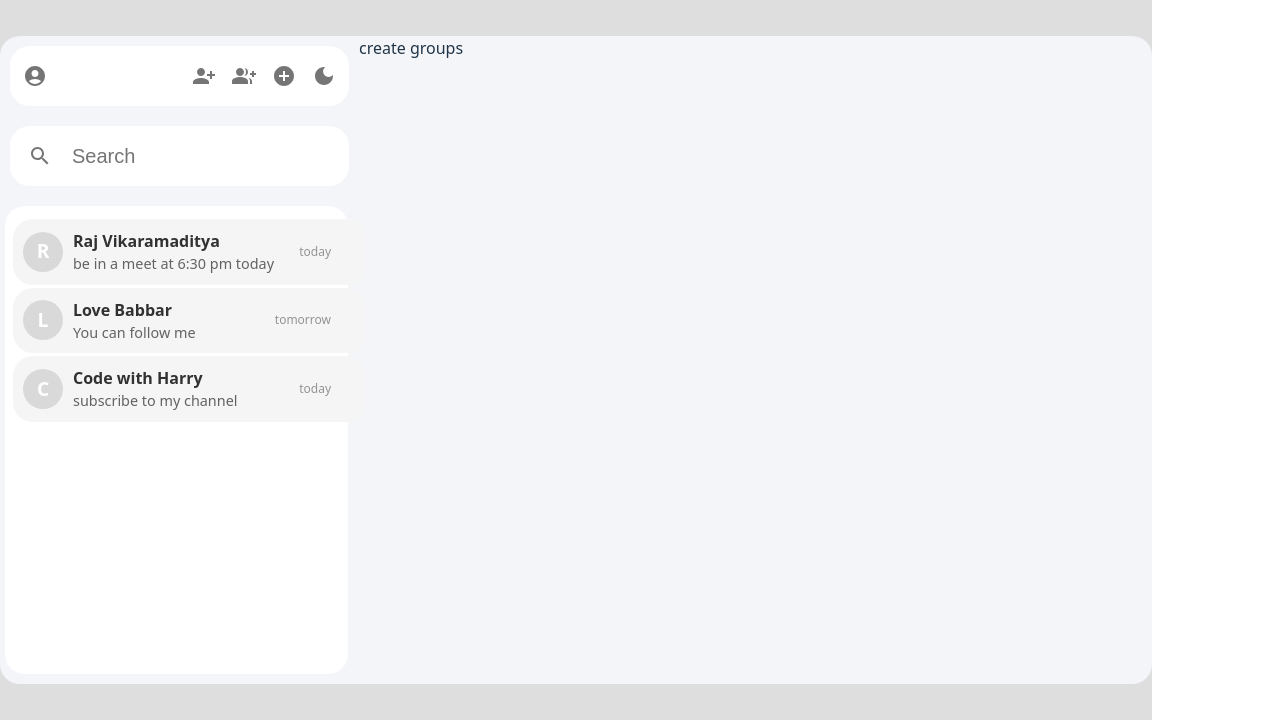
Repository: rahul-chakradhari/chat_app
Page: /
An editor plug-in stored every save of this project. The page is shown before and after the next save, followed by the edit.
The browser window is 1280 px wide. The pictures show the whole page.
The project was rebuilt for these pictures with package versions that can differ from the ones it lists, and the page was loaded fresh each time. Also part of the build but not shown: vite.config.js, src/components/Messagebyme.jsx, src/components/Messagebyothers.jsx, src/components/Chatarea.jsx, src/components/Welcome.jsx.

Above is the page before, as saved 2025-02-28 19:43:44.

After the next save:
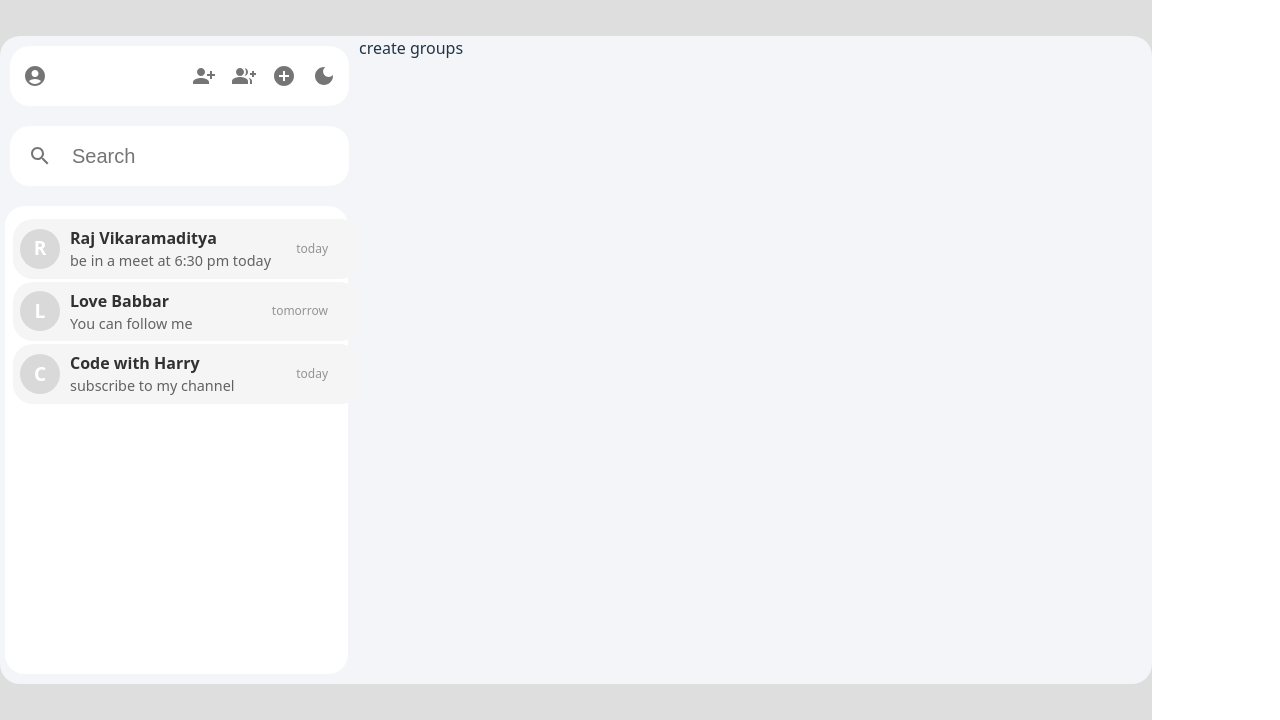
Saved 8 s later.
--- a/src/components/Mystyles.css
+++ b/src/components/Mystyles.css
@@ -55,7 +55,7 @@
   display: flex;
   align-items: center; /* Items ko vertical center align karega */
   gap: 10px; /* Icon aur text ke beech gap */
-  padding: 10px;
+  padding: 7px;
   margin: 3px;
   border-radius: 20px;
   margin-right: 23px;
